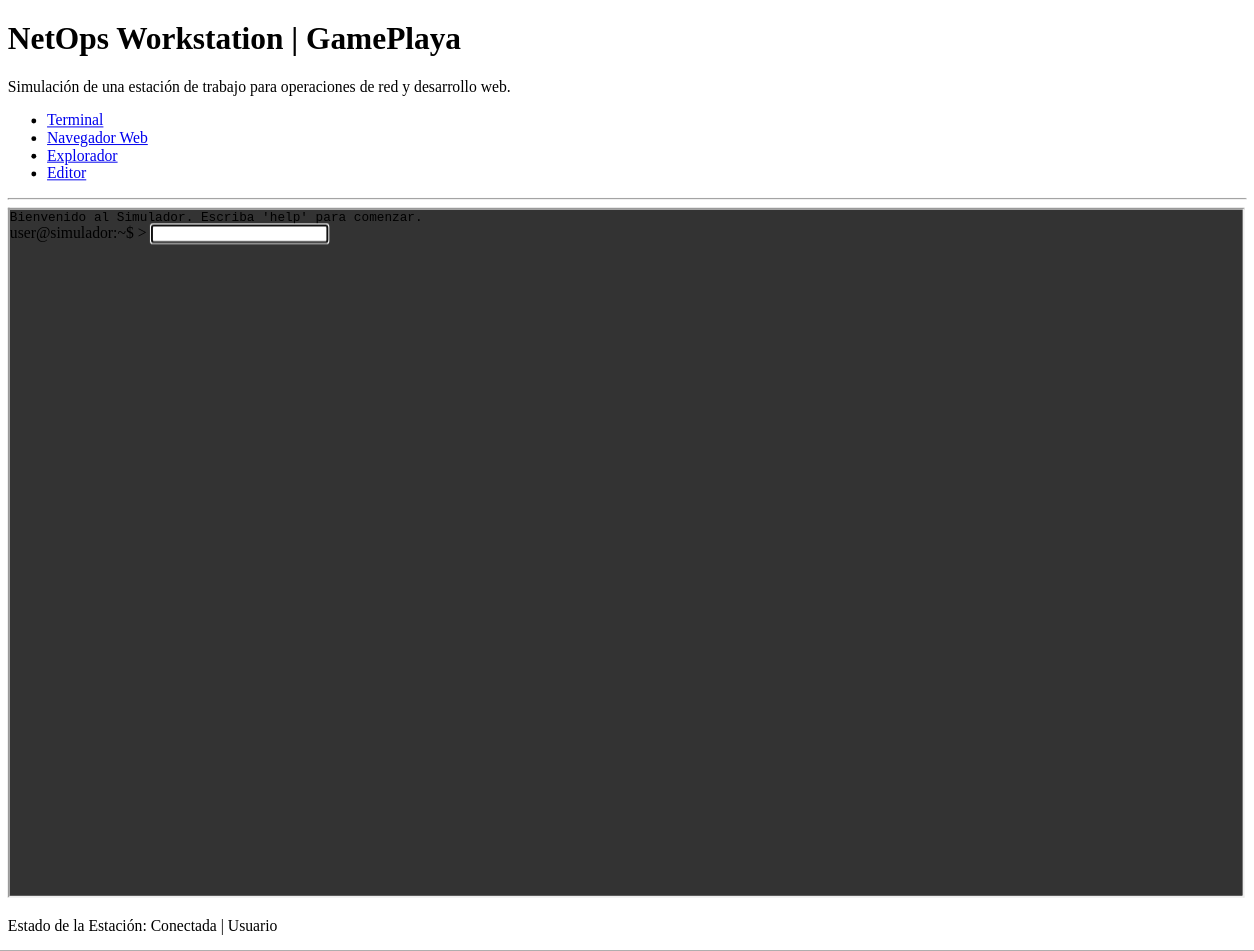
Repository: ValdezGalia/ProgramacionWebUcab
Page: lan-01.html
These files come from the project's save history. The page is drawn as it stood at one moment and after a run of saves; the edit follows.
The browser window is 1280 px wide. The pictures show the whole page, at 98% of full size.

Above is the page before, as saved 2025-11-13 17:19:12.
Console error: TypeError: Cannot read properties of null (reading 'addEventListener')

After the next 4 saves:
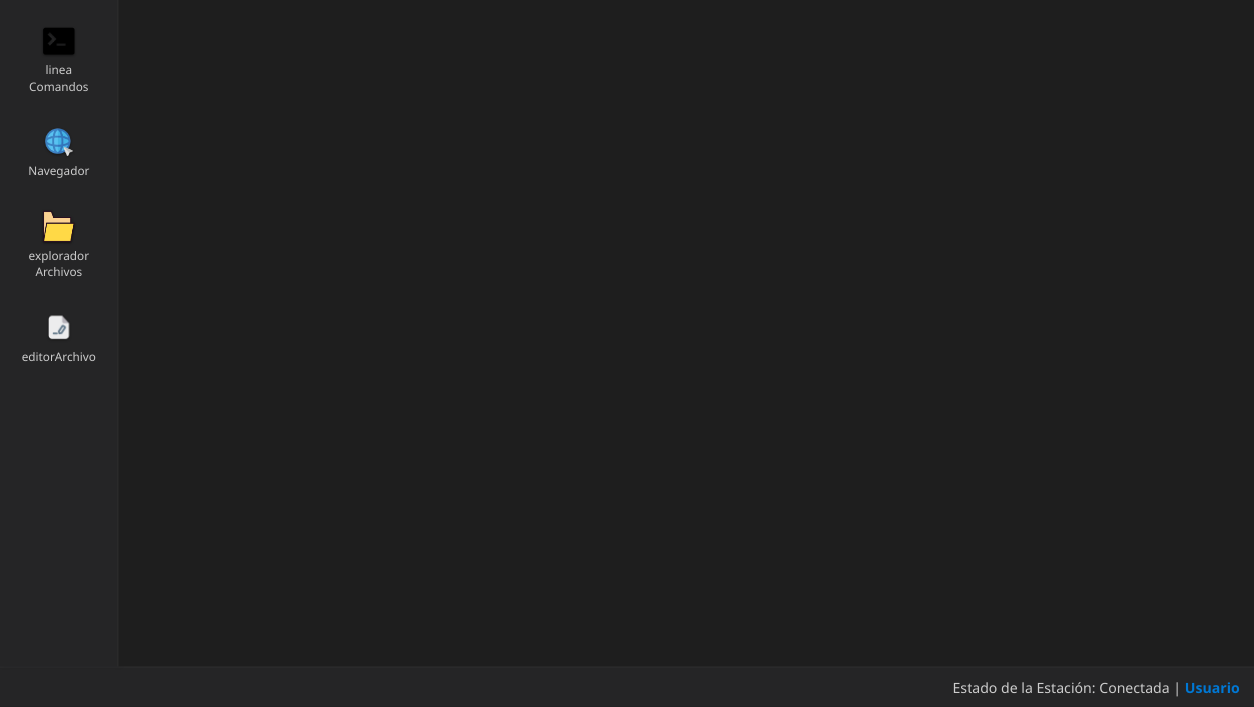
The 4 saves are shown as one change because they came seconds apart.
The last was saved 15 s later.
--- a/lan-01.html
+++ b/lan-01.html
@@ -5,24 +5,19 @@
     <meta charset="UTF-8">
     <meta name="viewport" content="width=device-width, initial-scale=1.0">
     <meta name="author" content="Orlando Valdez / Jenry Youssef / Oscar Torres">
+    <link rel="stylesheet" href="/style/lan-01.css">
     <title>NetOps Workstation: Estación de Trabajo</title>
 </head>
 
 <body>
-
-    <header>
-        <h1>NetOps Workstation | GamePlaya</h1>
-        <p>Simulación de una estación de trabajo para operaciones de red y desarrollo web.</p>
-    </header>
-
     <main id="workstation-container">
 
         <nav id="app-navigation" aria-label="Aplicaciones de la estación de trabajo">
             <ul id="app-list">
-                <li><a href="pages/lineaComandos.html" data-tool="lineaComandos">Terminal</a></li>
-                <li><a href="pages/navegadorWeb.html" data-tool="navegador">Navegador Web</a></li>
-                <li><a href="pages/exploradorArchivos.html" data-tool="exploradorArchivos">Explorador</a></li>
-                <li><a href="pages/editorArchivo.html" data-tool="editorArchivo">Editor</a></li>
+                <li><a href="#" data-tool="lineaComandos"><img src="assets/img/terminal.png" class="app-icon" alt="lineaComandos">linea Comandos</a></li>
+                <li><a href="#" data-tool="navegador"><img src="assets/img/navweb.png" class="app-icon" alt="Navegador">Navegador</a></li>
+                <li><a href="#" data-tool="exploradorArchivos"><img src="assets/img/exploarch.png" class="app-icon" alt="exploradorArchivos">explorador Archivos</a></li>
+                <li><a href="#" data-tool="editorArchivo"><img src="assets/img/editArchivo.png" class="app-icon" alt="editorArchivo">editorArchivo</a></li>
             </ul>
         </nav>
 
@@ -39,31 +34,7 @@
         <p>Estado de la Estación: Conectada | <span class="user">Usuario</span></p>
     </footer>
 
-
-
-
-    <!-- <script>
-        document.addEventListener('DOMContentLoaded', () => {
-            const iframe = document.getElementById('tool-iframe');
-            const navLinks = document.querySelectorAll('#app-list a');
-
-            navLinks.forEach(link => {
-                link.addEventListener('click', (event) => {
-                    event.preventDefault();
-
-                    const toolName = event.target.dataset.tool;
-
-                    const newSrc = `pages/${toolName}.html`;
-
-                    iframe.src = newSrc;
-
-                    /*Esto aun no hace nada ya que aun no se implementa la logica que distige la clase active*/
-                    navLinks.forEach(navLink => navLink.classList.remove('active'));
-                    event.target.classList.add('active');
-                });
-            });
-        });
-    </script> -->
+    <script src="js/lan-windows-01.js"></script>
 
 </body>
 
